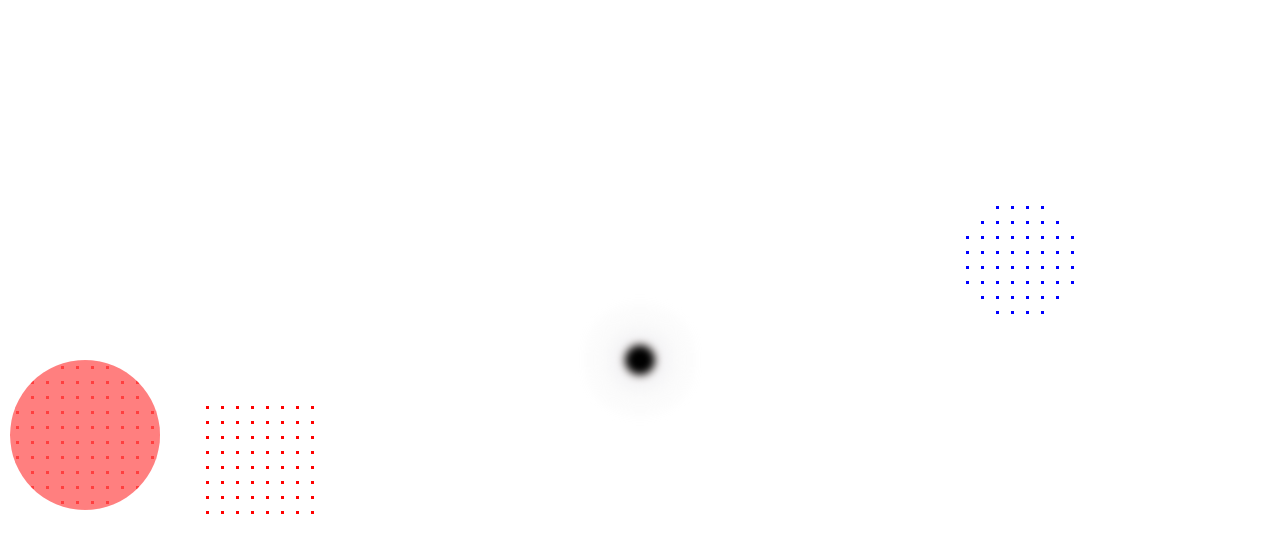
Repository: AdeniranZion/RC-Academy
Page: http://localhost/test/page.php
The author's editor kept a copy of each file at every save. The page is drawn from the files as they stood at one save, then again after the next save.
The browser window is 1280 px wide. The pictures show the whole page.
The page is run by PHP 8.4 with error messages shown; the project is at /var/www/html/.

Above is the page before, as saved 2024-06-24 11:33:00.

### test/page.php
<!DOCTYPE html>
<html lang="en">
<head>
  <meta charset="utf-8" />
  <title>Neon Object Movement</title>
  <meta name="viewport" content="width=device-width, initial-scale=1, minimum-scale=1, maximum-scale=1" />
  <style>
    body, html {
      margin: 0;
      padding: 0;
      height: 100%;
      overflow: hidden; /* Prevent scrollbars */
    }

    .neon-container {
      position: relative;
      width: 100%;
      height: 100%;
      display: flex;
      justify-content: center;
      align-items: center;
      background-color: #fff;
      overflow: hidden; /* Prevent object from going out of bounds */
    }

    .neon-object {
      position: absolute;
      width: 30px;
      height: 30px;
      border-radius: 50%;
      background-color: #000; /* Add a background color for visibility */
      box-shadow: 0 0 10px #fed, 0 0 20px #dde, 0 0 30px #fff, 0 0 40px #ddd, 0 0 70px #ddd, 0 0 80px #ddd, 0 0 100px #ddd, 0 0 150px #ddd;
      filter: blur(4px); /* Add Gaussian blur effect */
      pointer-events: none; /* Prevent mouse events on the object itself */
      transition: transform 0.1s ease-out; /* Smooth movement */
    }

    .neon-object-2 {
      width: 120px;
      height: 120px;
      border-radius: 3px;
      background-image: radial-gradient(circle, red 15%, transparent 5%); /* Dotted pattern */
      background-size: 15px 15px; /* Size of each dot */
      background-position: 0 0; /* Start position of background */
      position: fixed;
      bottom: 200px;
      left: 200px;
      transition: transform 0.1s ease-out; /* Smooth movement */
    }
    .neon-object-3 {
      width: 120px;
      height: 120px;
      border-radius: 100px;
      background-image: radial-gradient(circle, blue 15%, transparent 5%); /* Dotted pattern */
      background-size: 15px 15px; /* Size of each dot */
      background-position: 0 0; /* Start position of background */
      position: fixed;
      top: 200px;
      right: 200px;
      transition: transform 0.1s ease-out; /* Smooth movement */
    }

    /* Styling for the rotating circle */
    .rotating-circle {
      position: fixed;
      left: 10px; /* Adjust position as needed */
      top: 50%; /* Center vertically */
      width: 150px;
      height: 150px;
      border-radius: 50%;
      background-color: rgba(255, 0, 0, 0.5);
      animation: rotate 4s linear infinite; /* Rotate animation */
      background-image: radial-gradient(circle, rgba(255, 0, 0, 0.5) 15%, transparent 5%); /* Dotted pattern */
      background-size: 15px 15px; /* Size of each dot */
      background-position: 0 0; /* Start position of background */
      position: fixed;
    }

    @keyframes rotate {
      from {
        transform: rotate(0deg);
      }
      to {
        transform: rotate(360deg);
      }
    }

  </style>
</head>
<body>
  <div class="neon-container">
    <div class="neon-object"></div>
    <div class="neon-object-2"></div>
    <div class="neon-object-3"></div>
  </div>

  <!-- Rotating circle element -->
  <div class="rotating-circle"></div>

  <script>
    document.addEventListener('mousemove', function(e) {
      const neonObject = document.querySelector('.neon-object');
      const neonObject2 = document.querySelector('.neon-object-2');
      const neonObject3 = document.querySelector('.neon-object-3');
      const container = document.querySelector('.neon-container');

      // Get the mouse position relative to the container
      const rect = container.getBoundingClientRect();
      const centerX = rect.left + rect.width / 2;
      const centerY = rect.top + rect.height / 2;

      // Calculate the distance from the center
      const distanceX = e.clientX - centerX;
      const distanceY = e.clientY - centerY;

      // Set a multiplier to control the trailing effect
      const multiplier = 0.08; // Adjust this value for the trailing effect

      // Update the position of neon-object with a trailing effect
      neonObject.style.transform = `translate(${multiplier * distanceX}px, ${multiplier * distanceY}px)`;

      // Update the position of neon-object-2 with the same trailing effect
      neonObject2.style.transform = `translate(${multiplier * distanceX}px, ${multiplier * distanceY}px)`;

      // Update the position of neon-object-3 with the opposite trailing effect
      neonObject3.style.transform = `translate(${-multiplier * distanceX}px, ${-multiplier * distanceY}px)`;
    });
  </script>
</body>
</html>

After the next save:
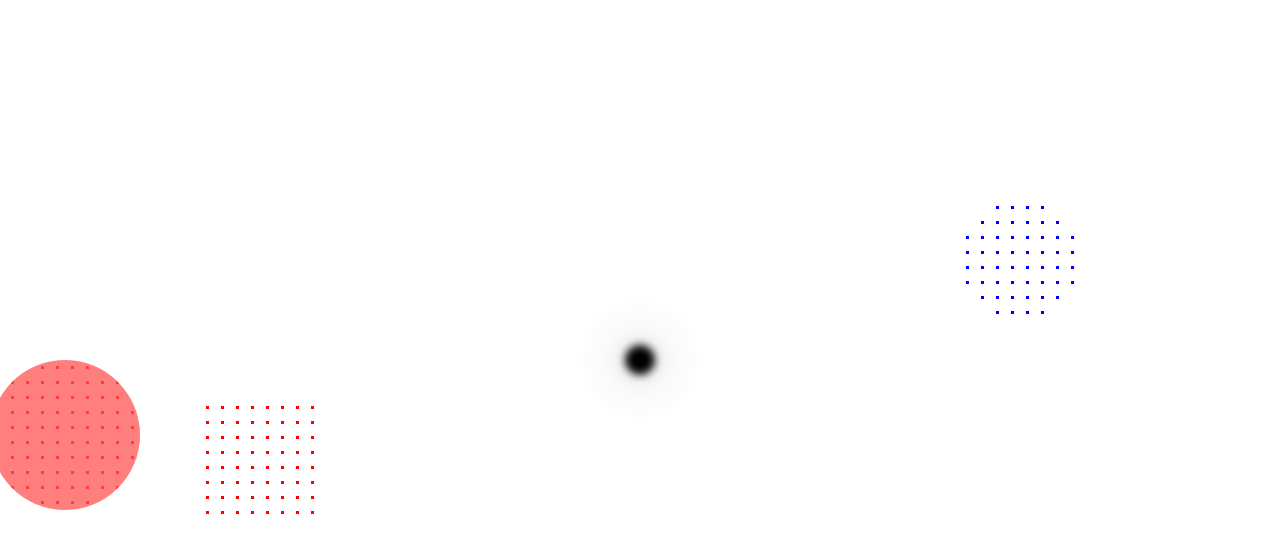
Saved 5 s later.
--- a/test/page.php
+++ b/test/page.php
@@ -63,7 +63,7 @@
     /* Styling for the rotating circle */
     .rotating-circle {
       position: fixed;
-      left: 10px; /* Adjust position as needed */
+      left: -10px; /* Adjust position as needed */
       top: 50%; /* Center vertically */
       width: 150px;
       height: 150px;
